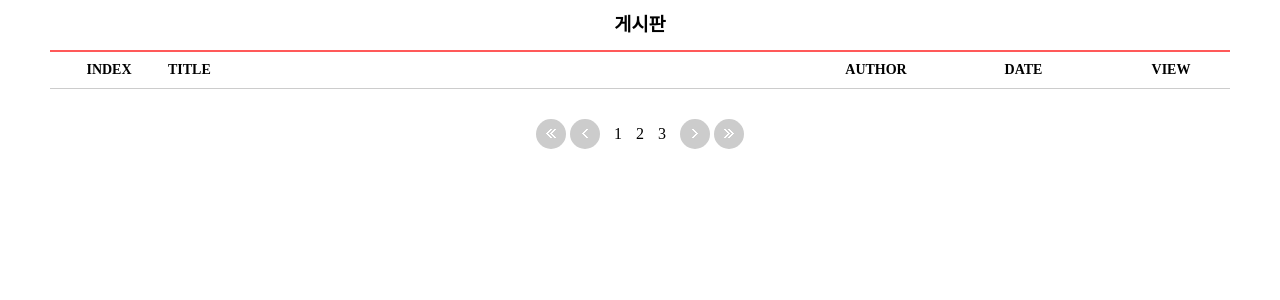
Repository: kmbm0916-biz/JSP_Noticeboard
Page: http://localhost/Board_30604/
An editor plug-in stored every save of this project. The page is shown before and after the next save, followed by the edit.
The browser window is 1280 px wide. The pictures show the whole page.
The page is served by Tomcat 9. Queries for data that is not in the repository find no rows.

Above is the page before, as saved 2021-10-20 04:30:23.

After the next save:
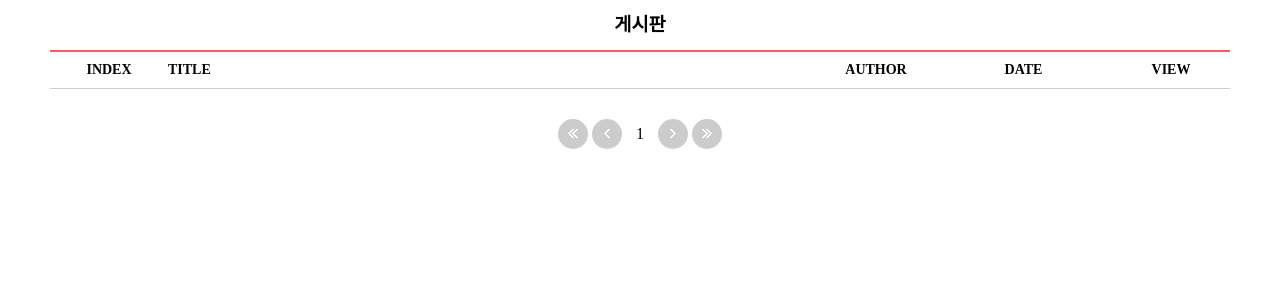
Saved 4 s later.
--- a/30604 김강민 게시판_jsp/Board_30604/WebContent/index.jsp
+++ b/30604 김강민 게시판_jsp/Board_30604/WebContent/index.jsp
@@ -61,8 +61,6 @@
             <a href="#" class="bt first">처음 페이지</a>
             <a href="#" class="bt prev">이전 페이지</a>
             <a href="#" class="idx">1</a>
-            <a href="#" class="idx">2</a>
-            <a href="#" class="idx">3</a>
             <a href="#" class="bt next">다음 페이지</a>
             <a href="#" class="bt last">마지막 페이지</a>
         </div>
